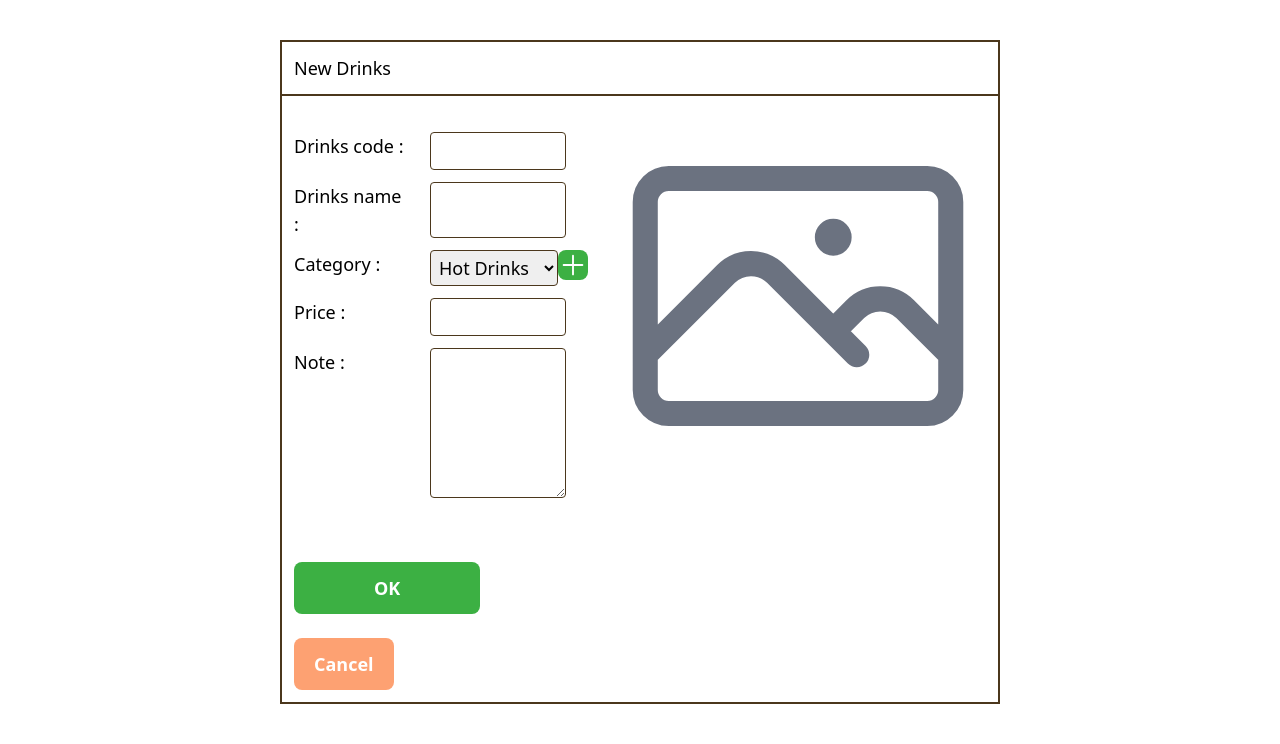
Repository: Dapravith/Midterm-SE-GIC-Cafe-Project-Group16
Page: bin/main/templates/addDrink.html
The author's editor kept a copy of each file at every save. The page is drawn from the files as they stood at one save, then again after the next save.
The browser window is 1280 px wide. The pictures show the whole page.
Some web libraries are served in a nearby version.

Above is the page before, as saved 2023-05-17 08:28:06.

### bin/main/templates/addDrink.html
<!DOCTYPE html>
<html lang="en">

<head>
    <meta charset="UTF-8">
    <meta http-equiv="X-UA-Compatible" content="IE=edge">
    <meta name="viewport" content="width=device-width, initial-scale=1.0">
    <title>Add New Drink</title>
    <script src="https://cdn.tailwindcss.com"></script>
    <style>
        * {
            margin: 0;
            padding: 0;
            box-sizing: border-box;
        }

        button:hover {
            box-shadow: 0 12px 16px 0 rgba(228, 209, 209, 0.24), 0 17px 50px 0 rgba(90, 81, 81, 0.19);
        }
    </style>
</head>

<body class="m-10 text-lg">
    <!-- CRUD PRODUCTS -->
    <div class="new_drink w-[60%] h-fit m-auto  border-[2px] border-solid border-[#4B371C] ">
        <div class="p-3 head">
            <h2>New Drinks</h2>
        </div>
        <div class="w-[100%] border-[1px] border-solid border-[#4B371C]"></div>
        <div class="flex">
            <div class="add_drink w-[60%]">
                <div class="py-3 ">
                    <form action="#" class="p-3 ">
                        <div class="grid grid-cols-2 mt-3">
                            <label class="mr-5" for="dcode">Drinks code :</label>
                            <input type="text" id="dcode" name="" class="p-1 border-[1px] border-solid border-[#4B371C] rounded" placeholder="">
                        </div>
                        <div class="grid grid-cols-2 mt-3">
                            <label class="mr-5" for="dname">Drinks name :</label>
                            <input type="text" id="dname" name="" class="p-1 border-[1px] border-solid border-[#4B371C] rounded" placeholder="">
                        </div>
                        <div class="grid grid-cols-2 mt-3">
                            <label class="mr-5" for="category">Category :</label>
                            <div class="flex justify-between">
                                <select type="add-item" id="category" name="" class="p-1 border-[1px] border-solid border-[#4B371C] rounded" placeholder="">
                                    <option value="1">Hot Drinks</option >
                                    <option value="2" >Cool Drinks</option >
                                    <option value="3" >Frappe</option >
                                    <option value="4" >Milk Tea</option >
                                </select>
                                <button id="add_category" class=" w-fit h-fit bg-[#3CB043] text-center text-white font-bold cursor-pointer duration-100 rounded-lg">
                                    <svg xmlns="http://www.w3.org/2000/svg" fill="none" viewBox="0 0 24 24" stroke-width="1.5" stroke="currentColor" class="w-[30px] h-[30px] " onclick="showPopup()">
                                        <path stroke-linecap="round" stroke-linejoin="round" d="M12 4.5v15m7.5-7.5h-15" />
                                    </svg>
                                </button>

                            </div>

                        </div>

                        <div class="grid grid-cols-2 mt-3">
                            <label class="mr-5" for="price">Price :</label>
                            <input name="" min="0" type="number" id="price" class="p-1 border-[1px] border-solid border-[#4B371C] rounded" placeholder="">
                        </div>
                        <div class="grid grid-cols-2 mt-3">
                            <label class="mr-5" for="note">Note :</label>
                            <textarea id="note" cols="50" rows="5" name="" class="p-1 w-full border-[1px] border-solid border-[#4B371C] rounded resize-x"> </textarea>
                        </div>
                    </form>
                </div>
                <br />
                <div>
                    <button class=" py-3 bg-[#3CB043] text-center text-white font-bold px-20 m-3 inline-block cursor-pointer duration-100 rounded-lg">OK</button>
                    <button class=" py-3 px-5 bg-[#FDA172] text-center text-white  font-bold p-3 m-3 inline-block cursor-pointer duration-100 rounded-lg">Cancel</button>
                </div>
            </div>
            <!-- images -->
            <div class="ml-5 img">
                <form action="#">
                    <input id="file-input" type="file" name="file" hidden accept="image/*">
                    <label for="file-input" class="cursor-pointer">
                        <div id="image-preview" class="w-[400px] h-fit p-3 border-[#4B371C]">
                            <svg xmlns="http://www.w3.org/2000/svg" fill="none" viewBox="0 0 24 24" stroke-width="1.6" stroke="currentColor" class="w-full h-full text-gray-500">
                                <path stroke-linecap="round" stroke-linejoin="round" d="M2.25 15.75l5.159-5.159a2.25 2.25 0 013.182 0l5.159 5.159m-1.5-1.5l1.409-1.409a2.25 2.25 0 013.182 0l2.909 2.909m-18 3.75h16.5a1.5 1.5 0 001.5-1.5V6a1.5 1.5 0 00-1.5-1.5H3.75A1.5 1.5 0 002.25 6v12a1.5 1.5 0 001.5 1.5zm10.5-11.25h.008v.008h-.008V8.25zm.375 0a.375.375 0 11-.75 0 .375.375 0 01.75 0z" />
                            </svg>
                        </div>
                    </label>
                </form>
            </div>
        </div>
    </div>
    </div>
    </div>
    </div>
    <!-- ADD NEW CATEGORY -->
    <div class="popup w-[100vw] h-[100vh] absolute top-[0] left-[0] bg-[#f1f1f199] hidden z-[100]">
        <main class="w-[20rem] absolute top-[50%] left-[50%] translate-x-[-50%] translate-y-[-50%]">
            <div class="none w-full h-fit m-auto  border-[2px] border-solid border-[#4B371C]">
                <div class="p-3 head">
                    <h2>New Category</h2>
                </div>
                <div class="w-[100%] border-[1px] border-solid border-[#4B371C]"></div>
                <div class="">
                    <form action="#" class="p-3 add_category">
                        <div class="grid grid-cols-2 mt-3">
                            <label for="gcode">Category code :</label>
                            <input type="text" id="dcode" name="" class="category_code border-[1px] border-solid border-[#4B371C] rounded" placeholder="" required>
                        </div>
                        <div class="grid grid-cols-2 mt-3">
                            <label for="gname">Category name :</label>
                            <input type="text" id="gname" name="" class="category_name border-[1px] border-solid border-[#4B371C] rounded" placeholder="" required>
                        </div>
                        <br />
                        <div class="flex">
                            <input id="okay" type="submit" value="OK" class=" py-3 bg-[#3CB043] text-center font-bold text-white px-16 in m-3 p-3 line-block cursor-pointer duration-100 rounded-lg">
                            <button class="cancel py-3 px-5 bg-[#FDA172] text-center font-bold text-white p-3 m-3 inline-block cursor-pointer duration-100 rounded-lg">Cancel</button>
                        </div>
                    </form>
                </div>
            </div>
        </main>

    </div>
    <script>
        const addNewCat = document.getElementById("add_category");
        const popup = document.querySelector(".popup");
        const form_add_category = document.querySelector(".add_category");
        const imagePreview = document.getElementById("image-preview");
        const fileInput = document.getElementById("file-input");

        addNewCat.addEventListener("click", showPopup);

        function showPopup() {
            popup.classList.remove("hidden");
        }

        form_add_category.addEventListener("submit", () => {
            clear();
            popup.classList.add("hidden");
        });

        document.querySelector(".cancel").addEventListener("click", () => {
            clear();
            popup.classList.add("hidden");
        });

        popup.addEventListener("click", (e) => {
            const target = e.target;

            if (target.classList.contains("popup")) {
                clear();
                popup.classList.add("hidden");
            }
        });

        function readImage(input) {
            if (input.files && input.files[0]) {
                const reader = new FileReader();

                reader.onload = function(e) {
                    const fileName = input.files[0].name;

                    imagePreview.innerHTML = `
                  <div class="image-container">
                    <img src="${e.target.result}" alt="Category Image">
                    <p class="image-name">${fileName}</p>
                    <button class="flex inline-flex items-center px-4 py-2 text-sm font-medium text-white bg-red-700 rounded-md item-center hover:bg-red-900">
                        <svg xmlns="http://www.w3.org/2000/svg" class="w-5 h-5 mr-2" fill="none" viewBox="0 0 24 24" stroke="currentColor">
                          <path stroke-linecap="round" stroke-linejoin="round" stroke-width="2" d="M19 7l-.867 12.142A2 2 0 0116.138 21H7.862a2 2 0 01-1.995-1.858L5 7m5 4v6m4-6v6m1-10V4a1 1 0 00-1-1h-4a1 1 0 00-1 1v3M4 7h16" />
                        </svg>

                        Delete
                      </button>
                  </div>
                `;

                    const deleteButton = imagePreview.querySelector(".delete-image");
                    deleteButton.addEventListener("click", () => {
                        clearImagePreview();
                    });
                };

                reader.readAsDataURL(input.files[0]);
            }
        }



        fileInput.addEventListener("change", function() {
            readImage(this);
        });

        function clear() {
            document.getElementById("dcode").value = "";
            document.getElementById("gname").value = "";
            fileInput.value = "";
            clearImagePreview();
        }

        function clearImagePreview() {
            const imageContainer = document.querySelector(".image-container");
            if (imageContainer) {
                imageContainer.remove();
            }
        }
    </script>
</body>

</html>

After the next save:
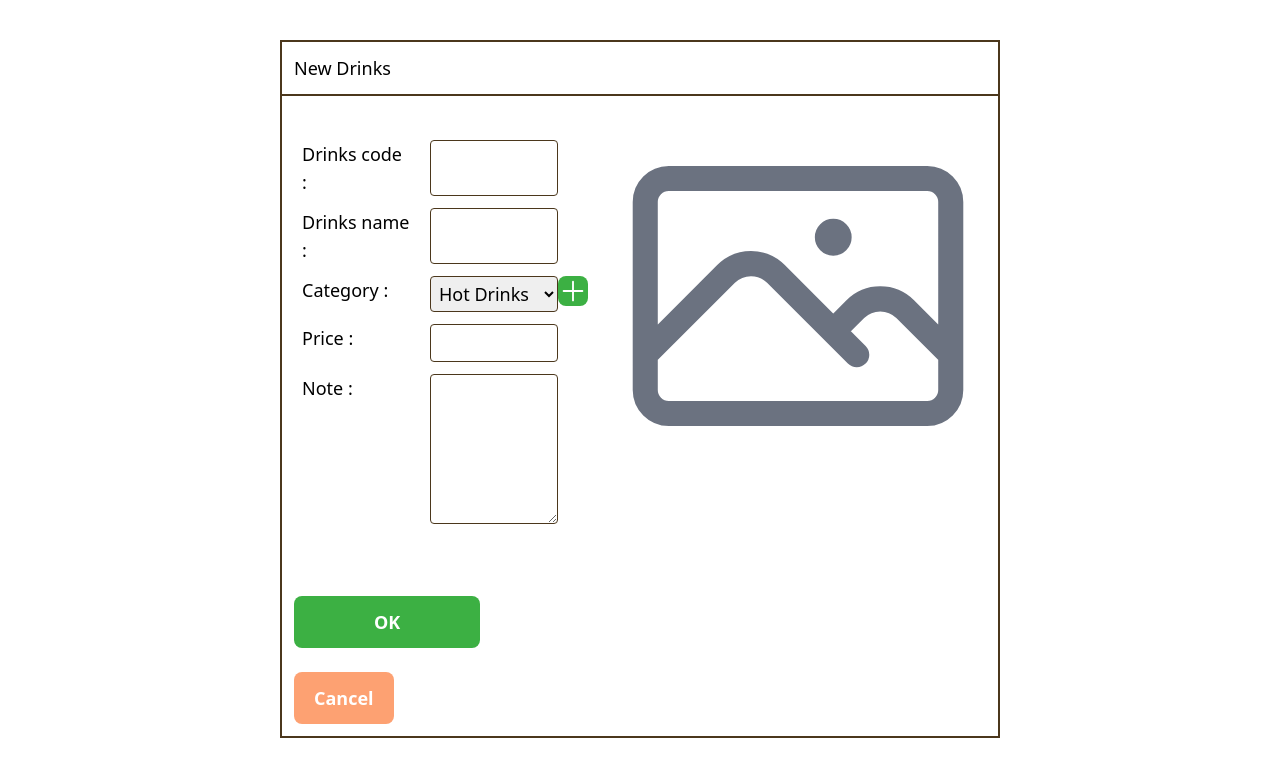
Saved 27 s later.
--- a/bin/main/templates/addDrink.html
+++ b/bin/main/templates/addDrink.html
@@ -30,7 +30,7 @@
         <div class="flex">
             <div class="add_drink w-[60%]">
                 <div class="py-3 ">
-                    <form action="#" class="p-3 ">
+                    <form action="#" class="p-5 ">
                         <div class="grid grid-cols-2 mt-3">
                             <label class="mr-5" for="dcode">Drinks code :</label>
                             <input type="text" id="dcode" name="" class="p-1 border-[1px] border-solid border-[#4B371C] rounded" placeholder="">
